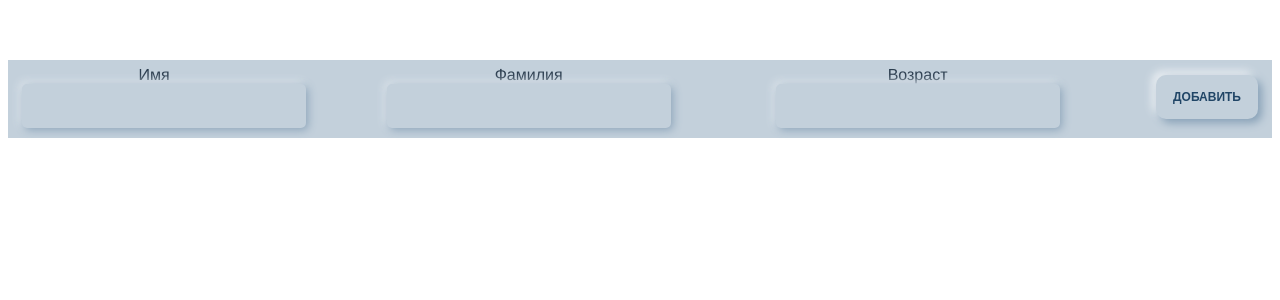
Repository: shum89/test-vue-table
Page: /
These files come from the project's save history. The page is drawn as it stood at one moment and after the next save; the edit follows.
The browser window is 1280 px wide. The pictures show the whole page.
The project was rebuilt for these pictures with package versions that can differ from the ones it lists, and the page was loaded fresh each time. Also part of the build but not shown: vue.config.js.

Above is the page before, as saved 2021-07-18 15:54:48.

### src/App.vue
<template>
  <Form @submit="addData" />
  <Table @remove="removeData" :list="list" />
</template>
<script>
import { uuid } from 'vue-uuid';
import { ref } from 'vue';
import Form from './components/Form.vue';
import Table from './components/Table.vue';

export default {
  components: { Form, Table },
  setup() {
    const list = ref([]);

    const normalizeString = (str) => {
      const result = str.charAt(0).toUpperCase() + str.slice(1).toLowerCase();
      return result;
    };

    const addData = (person) => {
      list.value.push({
        firstName: normalizeString(person.firstName),
        lastName: normalizeString(person.lastName),
        age: person.age,
        id: uuid.v1(),
      });
    };

    const removeData = (id) => {
      list.value = list.value.filter((i) => i.id !== id);
    };

    return {
      list,
      addData,
      removeData,
    };
  },
};
</script>
<script></script>

<style>
body {
  --base: #090e10;
  --base1: #ebeff3;
  --base2: #c3d0db;
  --base3: #88a1b7;
  --baseDark1: #396387;
  --baseDark2: #204566;
  --baseDark3: #152e44;
  --base-shadow: inset 0px 0px 0px var(--base3), inset 0px 0px 0px var(--base1),
    4px 4px 9px var(--base3), -4px -4px 9px var(--base1);
  --base-shadow-active: inset 4px 4px 9px var(--base3), inset -4px -4px 6px var(--base1),
    2px 2px 9px var(--base3), -2px -2px 9px var(--base1);
  --input-shadow: 2px 2px 9px var(--base3), -2px -2px 9px var(--base1);
  --input-shadow-active: inset 2px 2px 6px var(--base3), inset -2px -2px 6px var(--base1),
    1px 1px 6px var(--base3), -1px -1px 6px var(--base1);
  --shadow-transition: all 0.25s cubic-bezier(0.17, 0.67, 0.83, 0.67);
}
fieldset {
  border: none;
}
#app {
  font-family: Avenir, Helvetica, Arial, sans-serif;
  -webkit-font-smoothing: antialiased;
  -moz-osx-font-smoothing: grayscale;
  text-align: center;
  color: #2c3e50;
  margin-top: 60px;
  background: var(--base2);
  box-sizing: border-box;
}
.table__row-group {
  display: flex;
  align-items: center;
  flex-direction: column;
}
.table__row {
  display: grid;
  gap: 5px;
  grid-template-columns: repeat(3, 1fr);
  justify-content: center;
  max-width: 500px;
  width: 100%;
}
</style>

### src/components/Form.vue
<template>
  <form class="form" @submit.prevent="onSubmit">
    <fieldset class="form__fieldset">
      <label for="firstName">
        <span class="form__label">Имя</span>
        <input class="form__input" v-model="person.firstName" type="text" id="firstName" />
      </label>

      <label for="lastName">
        <span>Фамилия</span>
        <input class="form__input" v-model="person.lastName" type="text" id="lastName" />
      </label>

      <label for="age">
        <span>Возраст</span>
        <input class="form__input" v-model="person.age" type="number" id="age" />
      </label>

      <button class="form__submit" type="submit">Добавить</button>
    </fieldset>
  </form>
</template>

<script>
import { reactive } from 'vue';

export default {
  setup(_, { emit }) {
    const person = reactive({
      firstName: '',
      lastName: '',
      age: '',
    });
    const onSubmit = () => {
      emit('submit', person);
    };

    return { onSubmit, person };
  },

  name: 'Form',
  inheritAttrs: false,
};
</script>

<style scoped>
.form {
  display: flex;
  width: 100%;
}
.form__input {
  border: none;
  appearance: none;
  width: 100%;
  max-width: 250px;
  border-radius: 10px;
  font-size: 15px;
  line-height: 20px;
  min-height: 20px;
  padding: 10px 15px;
  background: var(--base2);
  box-shadow: var(--input-shadow);
  border-radius: 5px;
  border: 2px solid;
  border-color: var(--base2);
  transition: var(--shadow-transition);
}
.form__input:focus-within {
  transition: var(--shadow-transition);
  box-shadow: var(--input-shadow-active);
  border-color: var(--baseDark3);
  outline: 0;
}
.form__fieldset {
  display: flex;
  justify-content: space-between;
  align-items: center;
  flex: 1;
}
.form__submit {
  border-radius: 10px;
  padding: 10px 15px;
  max-width: 250px;
  font-size: 12px;
  line-height: 20px;
  font-weight: 900;
  text-transform: uppercase;
  transition: var(--shadow-transition);
  width: fit-content;
  color: var(--baseDark2);
  background: var(--base2);
  border: 2px solid var(--base2);
  box-shadow: var(--base-shadow);
}
.form__submit:active {
  outline: none;
  box-shadow: var(--base-shadow-active);
  color: var(--baseDark2);
  border-color: var(--base3);
}
</style>

### src/components/Table.vue
<template>
  <div v-if="list.length > 0" class="table" role="grid" aria-colcount="3">
    <div class="table__row-group" role="rowgroup">
      <div class="table__row" role="row">
        <span role="columnheader" aria-colindex="1">First Name</span>
        <span role="columnheader" aria-colindex="2">Last Name</span>
        <span role="columnheader" aria-colindex="3">Age</span>
      </div>
    </div>
    <div class="table__row-group" role="rowgroup">
      <div class="table__row" v-for="listItems in list" :key="listItems.id" role="row">
        <div aria-colindex="1" role="gridcell">
          <span> {{ listItems.firstName }}</span>
        </div>
        <div aria-colindex="2" role="gridcell">
          <span> {{ listItems.lastName }}</span>
        </div>
        <div aria-colindex="3" role="gridcell">
          <span>{{ listItems.age }}</span>
        </div>
        <button @click="removeData(listItems.id)">X</button>
      </div>
    </div>
  </div>
</template>

<script>
export default {
  props: {
    list: Array,
  },
  setup(_, { emit }) {
    const removeData = (id) => {
      emit('remove', id);
    };
    return { removeData };
  },
  name: 'Table',
};
</script>

<style></style>

Loaded but not shown: public/index.html (common file); src/main.js (common file)

After the next save:
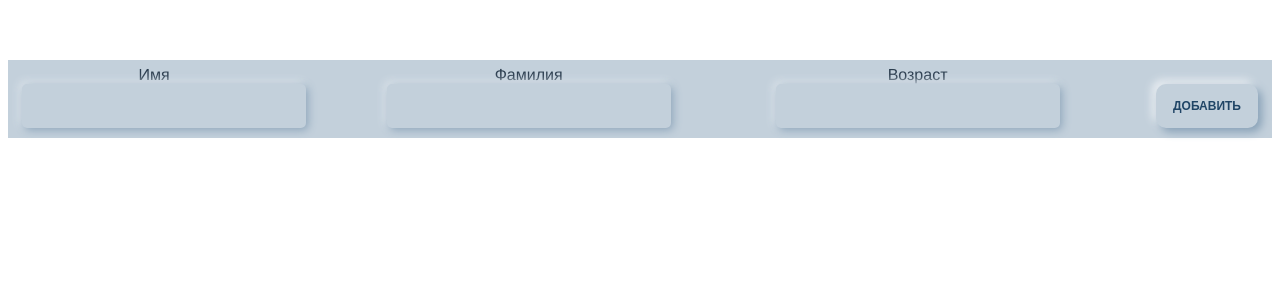
Saved 21 s later.
--- a/src/components/Form.vue
+++ b/src/components/Form.vue
@@ -74,7 +74,7 @@ export default {
 .form__fieldset {
   display: flex;
   justify-content: space-between;
-  align-items: center;
+  align-items: flex-end;
   flex: 1;
 }
 .form__submit {
